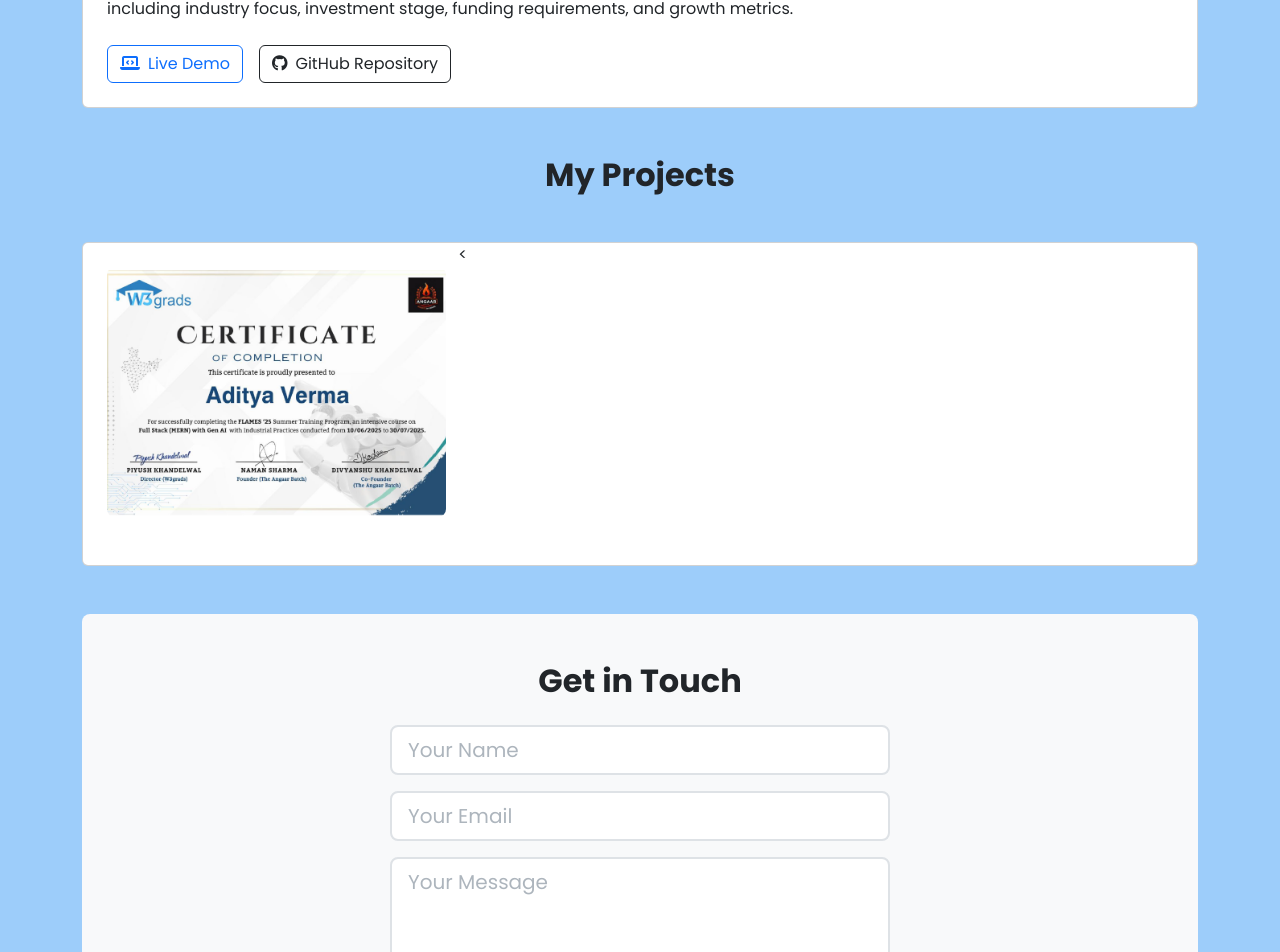
Repository: AdityaTech-Pro/Portfolio-Aditya-Verma
Page: Aditya Portfolio/index.html
These files come from the project's save history. The page is drawn as it stood at one moment and after the next save; the edit follows.
The browser window is 1280 px wide. The pictures show the part of the page from y = 4165 to 5117 px (the page is 5458 px tall before and 5578 px after).

Above is the page before, as saved 2026-01-08 00:23:57.

### Aditya Portfolio/index.html
<!DOCTYPE html>
<html lang="en">

<head>
    <meta charset="UTF-8">
    <meta name="viewport" content="width=device-width, initial-scale=1.0">
    <title>My Portfolio - Bootstrap Utilities</title>
    <!-- Bootstrap CSS -->
    <link href="https://cdn.jsdelivr.net/npm/bootstrap@5.3.2/dist/css/bootstrap.min.css" rel="stylesheet">
    <!-- Font Awesome for icons -->
    <link rel="stylesheet" href="https://cdnjs.cloudflare.com/ajax/libs/font-awesome/6.4.2/css/all.min.css">
    <!-- Google Font: Poppins -->
    <link href="https://fonts.googleapis.com/css2?family=Poppins:wght@300;400;600;700&display=swap" rel="stylesheet">
    <!-- Local custom styles -->
    <link rel="stylesheet" href="styles.css">
    <style>
        /* Custom styles to complement Bootstrap */

         :root {
            --bg: #9dcdfa;
            --card-bg: #ffffff;
            --accent: #0d6efd;
            --text: #212529;
        }

        body {
            background-color: var(--bg);
            color: var(--text);
            transition: background-color 0.3s ease, color 0.3s ease;
        }

        .profile-section {
            background: linear-gradient(to bottom, #f8f9fa, #e9ecef);
            transition: transform 0.3s ease, background 0.3s ease;
        }
        /* Top bar with theme toggle */

        .topbar {
            display: flex;
            justify-content: flex-end;
            align-items: center;
            gap: 1rem;
            margin-bottom: 1rem;
        }

        .theme-toggle {
            display: inline-flex;
            align-items: center;
            gap: 0.5rem;
            background: transparent;
            border: 1px solid rgba(0, 0, 0, 0.08);
            padding: 0.6rem 1rem;
            border-radius: 999px;
            cursor: pointer;
            color: var(--text);
            transition: all 0.3s ease;
        }

        .theme-toggle:hover {
            background: rgba(0, 0, 0, 0.05);
            transform: translateY(-1px);
        }

        .theme-toggle:active {
            transform: translateY(1px);
        }

        .theme-toggle i {
            font-size: 1.1rem;
        }

        .theme-toggle .fa-sun {
            color: #ff9500;
        }

        .theme-toggle .fa-moon {
            display: none;
            color: #6366f1;
        }

        .dark-theme .theme-toggle .fa-sun {
            display: none;
        }

        .dark-theme .theme-toggle .fa-moon {
            display: inline-block;
        }

        .btn-custom {
            transition: transform 0.3s ease;
        }

        .btn-custom:hover {
            transform: translateY(-2px);
        }

        .form-control:focus {
            box-shadow: 0 0 0 0.25rem rgba(13, 110, 253, 0.2);
        }

        .profile-img {
            width: 200px;
            height: 200px;
            object-fit: cover;
            border: 4px solid white;
            box-shadow: 0 4px 6px rgba(0, 0, 0, 0.1);
            transition: transform 0.25s ease;
        }

        .profile-img:hover {
            transform: scale(1.03);
        }
        /* Dark theme overrides */

        body.dark-theme {
            --bg: #0f1724;
            --card-bg: #111827;
            --muted: #9ca3af;
            --accent: #60a5fa;
            --text: #e6eef8;
        }

        .dark-theme .profile-section {
            background: linear-gradient(180deg, rgba(255, 255, 255, 0.02), rgba(255, 255, 255, 0.01));
        }

        .dark-theme .bg-light {
            background-color: #0b1220 !important;
            color: var(--text) !important;
            border: 1px solid rgba(255, 255, 255, 0.04);
        }

        .dark-theme .text-muted {
            color: var(--muted) !important;
        }

        .dark-theme .theme-toggle {
            border-color: rgba(255, 255, 255, 0.1);
        }

        .dark-theme .theme-toggle:hover {
            background: rgba(255, 255, 255, 0.05);
        }
        /* Small polish */

        .max-width-500 {
            max-width: 500px;
        }

        footer a {
            color: inherit;
        }

        @media (max-width: 768px) {
            .profile-img {
                width: 150px;
                height: 150px;
            }
            .topbar {
                justify-content: center;
            }
        }
        /* Project section styles */

        .project-img {
            height: 250px;
            object-fit: cover;
            border-radius: 8px;
        }

        .project-card {
            transition: transform 0.3s ease;
            background: var(--card-bg);
        }

        .project-card:hover {
            transform: translateY(-5px);
        }

        .project-links a {
            transition: opacity 0.3s ease;
        }

        .project-links a:hover {
            opacity: 0.8;
        }

        .video-container {
            position: relative;
            padding-bottom: 56.25%;
            /* 16:9 aspect ratio */
            height: 0;
            overflow: hidden;
            border-radius: 8px;
        }

        .video-container iframe {
            position: absolute;
            top: 0;
            left: 0;
            width: 100%;
            height: 100%;
            border: 0;
        }
    </style>
</head>

<body>
    <!-- Main Container -->
    <div class="container py-5">
        <!-- Top bar: theme toggle and quick actions -->
        <div class="topbar">
            <button id="themeToggle" class="theme-toggle" aria-pressed="false" aria-label="Toggle dark mode">
                <i class="fas fa-sun" aria-hidden="true"></i>
                <i class="fas fa-moon" aria-hidden="true"></i>
                <span class="visually-hidden">Toggle theme</span>
            </button>
        </div>
        <!-- Profile Section -->
        <section class="profile-section p-5 rounded-3 text-center mb-5">
            <img src="https://avatars.githubusercontent.com/u/219658559?s=400&u=7e5a78b2bf82817b3f897e4e53b1019b24af58ee&v=4" alt="Profile Picture" class="profile-img img-fluid rounded-circle mb-4">

            <h1 class="fw-bold mb-2">Aditya Verma</h1>
            <p class="text-muted fs-5 mb-4">Full Stack Web Developer who loves turning ideas into high-performance web applications. With expertise in full-stack MERN development, APIs, and AI 🧠⚙️, I focus on building smart, scalable solutions, Have Command on DSA while solving 500+
                Problem on Leetcode and Well aware about Oop 's ,DBMS ,Computer Network, OS</p>

            <!-- Action Buttons -->
            <div class="d-flex justify-content-center gap-3 mb-5">
                <button class="btn btn-primary btn-lg btn-custom">
                    Hire Me
                </button>
                <a href="./assets/AdityaVerma_Resume.pdf" class="btn btn-outline-primary " download>
                    <i class="fas fa-download me-2"></i>Download CV
                </a>
                <a href="https://www.linkedin.com/in/9905adityaverma/" class="btn btn-outline-primary " target="_blank ">
                    <i class="fa:linkedin-square"></i>My LinkedIn
                </a>
                <a href="https://github.com/AdityaTech-Pro" class="btn btn-outline-primary " target="_blank ">
                    <i class="fab fa-github me-2 "></i>My GitHub
                </a>

            </div>
        </section>

        <!-- Projects Section -->
        <section class="mb-5">
            <h2 class="text-center fw-bold mb-5"> My Projects</h2>

            <!--Project1-->
            <div class="card project-card mb-5">
                <div class="card-body p-4">
                    <h3 class="card-title fw-bold mb-3">AI-Based-Investor-Startup-Matchmaking-Platform</h3>

                    <!-- Project Images -->
                    <div class="row g-4 mb-4">
                        <div class="col-md-4">
                            <img src="./assets/P1a.png" alt="Project Screenshot 1" class="project-img img-fluid w-100">
                        </div>
                        <div class="col-md-4">
                            <img src="./assets/P1b.png" alt="Project Screenshot 2" class="project-img img-fluid w-100">
                        </div>
                        <div class="col-md-4">
                            <img src="./assets/P1c.png" alt="Project Screenshot 3" class="project-img img-fluid w-100">
                        </div>
                    </div>

                    <!-- Project Video -->
                    <div class="video-container mb-4">
                        <iframe src="./assets/Project (AI based S&IP).mp4" title="Project Demo " allow="accelerometer; autoplay; clipboard-write; encrypted-media; gyroscope; picture-in-picture " allowfullscreen></iframe>
                    </div>

                    <!-- Project Description -->
                    <p class="card-text mb-4 ">
                        An innovative platform that uses artificial intelligence to match investors with promising startups based on various parameters including industry focus, investment stage, funding requirements, and growth metrics.
                    </p>

                    <!-- Project Links -->
                    <div class="project-links d-flex gap-3 ">
                        <a href="http://localhost:3000 " class="btn btn-outline-primary " target="_blank ">
                            <i class="fas fa-laptop-code me-2 "></i>Live Demo
                        </a>
                        <a href="https://github.com/KS-Vijay/AI-Based-Investor-Startup-Matchmaking-Platform " class="btn btn-outline-dark " target="_blank ">
                            <i class="fab fa-github me-2 "></i>GitHub Repository
                        </a>
                    </div>
                </div>
            </div>

            <!--Project2-->
            <div class="card project-card mb-5 ">
                <div class="card-body p-4 ">
                    <h3 class="card-title fw-bold mb-3 ">Lung Cancer Detection using Convolutional Neural Network (CNN)</h3>

                    <!-- Project Images -->
                    <div class="row g-4 mb-4 ">
                        <div class="col-md-4 ">
                            <img src="./assets/P2a.png " alt="Project Screenshot 1 " class="project-img img-fluid w-100 ">
                        </div>
                        <div class="col-md-4 ">
                            <img src="./assets/P2b.png " alt="Project Screenshot 2 " class="project-img img-fluid w-100 ">
                        </div>
                        <div class="col-md-4 ">
                            <img src="./assets/P2c.png " alt="Project Screenshot 3 " class="project-img img-fluid w-100 ">
                        </div>
                    </div>

                    <!-- Project Video -->
                    <div class="video-container mb-4 ">
                        <iframe src="./assets/Project Lung Cancer Detection using Full Stack MERN and AIML CNN Model.mp4 " title="Project Demo " allow="accelerometer; autoplay; clipboard-write; encrypted-media; gyroscope; picture-in-picture " allowfullscreen></iframe>
                    </div>

                    <!-- Project Description -->
                    <p class="card-text mb-4 ">
                        An innovative platform that uses artificial intelligence to match investors with promising startups based on various parameters including industry focus, investment stage, funding requirements, and growth metrics.
                    </p>

                    <!-- Project Links -->
                    <div class="project-links d-flex gap-3 ">
                        <a href="http://localhost:3000 " class="btn btn-outline-primary " target="_blank ">
                            <i class="fas fa-laptop-code me-2 "></i>Live Demo
                        </a>
                        <a href="https://github.com/AdityaTech-Pro/Lung-Cancer-Detection-using-Convolutional-Neural-Network" class="btn btn-outline-dark " target="_blank ">
                            <i class="fab fa-github me-2 "></i>GitHub Repository
                        </a>
                    </div>
                </div>
            </div>

            <!--Project3-->
            <div class="card project-card mb-5 ">
                <div class="card-body p-4 ">
                    <h3 class="card-title fw-bold mb-3 ">Braj Museum</h3>

                    <!-- Project Images -->
                    <div class="row g-4 mb-4 ">
                        <div class="col-md-4 ">
                            <img src="./assets/P3a.png " alt="Project Screenshot 1 " class="project-img img-fluid w-100 ">
                        </div>
                        <div class="col-md-4 ">
                            <img src="./assets/P3b.png " alt="Project Screenshot 2 " class="project-img img-fluid w-100 ">
                        </div>
                        <div class="col-md-4 ">
                            <img src="./assets/P3c.png " alt="Project Screenshot 3 " class="project-img img-fluid w-100 ">
                        </div>
                    </div>

                    <!-- Project Video -->
                    <div class="video-container mb-4 ">
                        <iframe src="./assets/Braj-Museum.mp4 " title="Project Demo " allow="accelerometer; autoplay; clipboard-write; encrypted-media; gyroscope; picture-in-picture " allowfullscreen></iframe>
                    </div>

                    <!-- Project Description -->
                    <p class="card-text mb-4 ">
                        An innovative platform that uses artificial intelligence to match investors with promising startups based on various parameters including industry focus, investment stage, funding requirements, and growth metrics.
                    </p>

                    <!-- Project Links -->
                    <div class="project-links d-flex gap-3 ">
                        <a href="http://localhost:3000 " class="btn btn-outline-primary " target="_blank ">
                            <i class="fas fa-laptop-code me-2 "></i>Live Demo
                        </a>
                        <a href="https://github.com/AdityaTech-Pro/Braj-Museum " class="btn btn-outline-dark " target="_blank ">
                            <i class="fab fa-github me-2 "></i>GitHub Repository
                        </a>
                    </div>
                </div>
            </div>
        </section>

        <section class="mb-5">
            <h2 class="text-center fw-bold mb-5"> My Projects</h2>
            <!--Certificate1-->
            <div class="card project-card mb-5">
                <div class="card-body p-4">
                    <div class="row g-4 mb-4">
                        <!--Image-->
                        <div class="col-md-4">
                            <img src="./assets/Full Stack Dev Certificate1.png" alt="Project Screenshot 1" class="project-img img-fluid w-100">
                        </div>
                        <!--Certificate name and Describtion-->

                        < </div>


                    </div>
                </div>
        </section>

        <!-- Contact Form Section -->
        <section class="bg-light p-5 rounded-3 ">
            <h2 class="text-center fw-bold mb-4 ">Get in Touch</h2>

            <form class="max-width-500 mx-auto ">
                <div class="mb-3 ">
                    <input type="text " class="form-control form-control-lg " placeholder="Your Name " required>
                </div>

                <div class="mb-3 ">
                    <input type="email " class="form-control form-control-lg " placeholder="Your Email " required>
                </div>

                <div class="mb-4 ">
                    <textarea class="form-control form-control-lg " rows="4 " placeholder="Your Message " required></textarea>
                </div>

                <div class="text-center ">
                    <button type="submit " class="btn btn-primary btn-lg px-5 btn-custom ">
                        Send Message
                    </button>
                </div>
            </form>
        </section>

        <!-- Footer -->
        <footer class="text-center mt-5 ">
            <div class="d-flex justify-content-center gap-3 ">
                <a href="https://www.linkedin.com/in/aditya-verma-2a3915289/ " class="text-decoration-none text-dark ">LinkedIn</a>
                <a href="https://github.com/AdityaTech-Pro " class="text-decoration-none text-dark ">GitHub</a>
                <a href="# " class="text-decoration-none text-dark "></a>
            </div>
            <p class="text-muted mt-3 ">&copy; 2025 My Portfolio. All rights reserved.</p>
        </footer>
        </div>

        <!-- Theme toggle script -->
        <script>
            (function() {
                const toggle = document.getElementById('themeToggle');
                const body = document.body;
                const saved = localStorage.getItem('theme');

                if (!toggle) return;

                function applyTheme(theme) {
                    if (theme === 'dark') {
                        body.classList.add('dark-theme');
                        toggle.setAttribute('aria-pressed', 'true');
                    } else {
                        body.classList.remove('dark-theme');
                        toggle.setAttribute('aria-pressed', 'false');
                    }
                }

                // initial theme: saved -> user preference -> light
                if (saved) {
                    applyTheme(saved);
                } else if (window.matchMedia && window.matchMedia('(prefers-color-scheme: dark)').matches) {
                    applyTheme('dark');
                }

                toggle.addEventListener('click', function() {
                    const isDark = body.classList.toggle('dark-theme');
                    localStorage.setItem('theme', isDark ? 'dark' : 'light');
                    toggle.setAttribute('aria-pressed', String(isDark));
                });
            })();
        </script>

        <!-- Bootstrap JS -->
        <script src="https://cdn.jsdelivr.net/npm/bootstrap@5.3.2/dist/js/bootstrap.bundle.min.js "></script>
</body>

</html>

### Aditya Portfolio/styles.css
/* Custom styles to enhance Bootstrap */

/* Body and general styles */
body {
    font-family: 'Poppins', 'Segoe UI', system-ui, -apple-system, sans-serif;
    background-color: #ffffff;
}

/* Container max-width for larger screens */
.container {
    max-width: 1140px;
}

/* Profile section styling */
.profile-section {
    background: linear-gradient(135deg, #f8f9fa 0%, #e9ecef 100%);
    border: 1px solid rgba(0, 0, 0, 0.1);
    transition: transform 0.3s ease;
}

.profile-section:hover {
    transform: translateY(-5px);
}

/* Profile image styling */
.profile-img {
    width: 200px;
    height: 200px;
    object-fit: cover;
    border: 4px solid white;
    box-shadow: 0 4px 15px rgba(0, 0, 0, 0.1);
    transition: transform 0.3s ease;
}

.profile-img:hover {
    transform: scale(1.05);
}

/* Button enhancements */
.btn-custom {
    transition: all 0.3s ease;
    position: relative;
    overflow: hidden;
}

.btn-custom:hover {
    transform: translateY(-2px);
    box-shadow: 0 5px 15px rgba(0, 0, 0, 0.1);
}

.btn-custom:active {
    transform: translateY(0);
}

/* Form styling */
.form-control {
    border: 2px solid #dee2e6;
    transition: all 0.3s ease;
}

.form-control:focus {
    border-color: #0d6efd;
    box-shadow: 0 0 0 0.25rem rgba(13, 110, 253, 0.2);
}

.form-control::placeholder {
    color: #adb5bd;
}

/* Social links styling */
.social-links a {
    transition: color 0.3s ease, transform 0.15s ease;
    color: #0d6efd;
    font-weight: 700;
}

.social-links a:hover {
    color: #0b5ed7 !important;
    transform: translateY(-1px);
}

/* Custom animations */
@keyframes fadeInUp {
    from {
        opacity: 0;
        transform: translateY(20px);
    }
    to {
        opacity: 1;
        transform: translateY(0);
    }
}

.profile-section, .contact-form {
    animation: fadeInUp 0.5s ease-out forwards;
}

/* Form success state */
.form-control:valid {
    border-color: #198754;
}

/* Custom section styling */
.custom-section {
    border-radius: 15px;
    overflow: hidden;
}

/* Typography enhancements */
h1 {
    letter-spacing: -0.5px;
}

.tagline {
    font-size: 1.25rem;
    color: #6c757d;
}

/* Responsive adjustments */
@media (max-width: 768px) {
    .profile-img {
        width: 150px;
        height: 150px;
    }

    .btn-custom {
        width: 100%;
        margin-bottom: 0.5rem;
    }

    .profile-section {
        padding: 2rem !important;
    }
}

/* Dark mode support */
@media (prefers-color-scheme: dark) {
    body {
        background-color: #212529;
        color: #f8f9fa;
    }

    .profile-section {
        background: linear-gradient(135deg, #343a40 0%, #212529 100%);
    }

    .form-control {
        background-color: #343a40;
        border-color: #495057;
        color: #f8f9fa;
    }

    .form-control::placeholder {
        color: #6c757d;
    }

    .bg-light {
        background-color: #343a40 !important;
    }

    .text-dark {
        color: #f8f9fa !important;
    }
}

/* When user toggles dark-theme via JS */
.dark-theme .social-links a {
    color: #93c5fd;
}

.dark-theme .social-links a:hover {
    color: #60a5fa !important;
}

/* Handle anchors that also carry Bootstrap's .text-dark (which uses !important) */
.social-links a.text-dark {
    color: #0d6efd !important;
    font-weight: 700;
}

.dark-theme .social-links a.text-dark {
    color: #93c5fd !important;
}

/* Loading animation */
.page-loading {
    opacity: 0;
    animation: fadeIn 0.5s ease-out forwards;
}

@keyframes fadeIn {
    to {
        opacity: 1;
    }
}

/* Custom scrollbar */
::-webkit-scrollbar {
    width: 10px;
}

::-webkit-scrollbar-track {
    background: #f1f1f1;
}

::-webkit-scrollbar-thumb {
    background: #888;
    border-radius: 5px;
}

::-webkit-scrollbar-thumb:hover {
    background: #555;
}

After the next save:
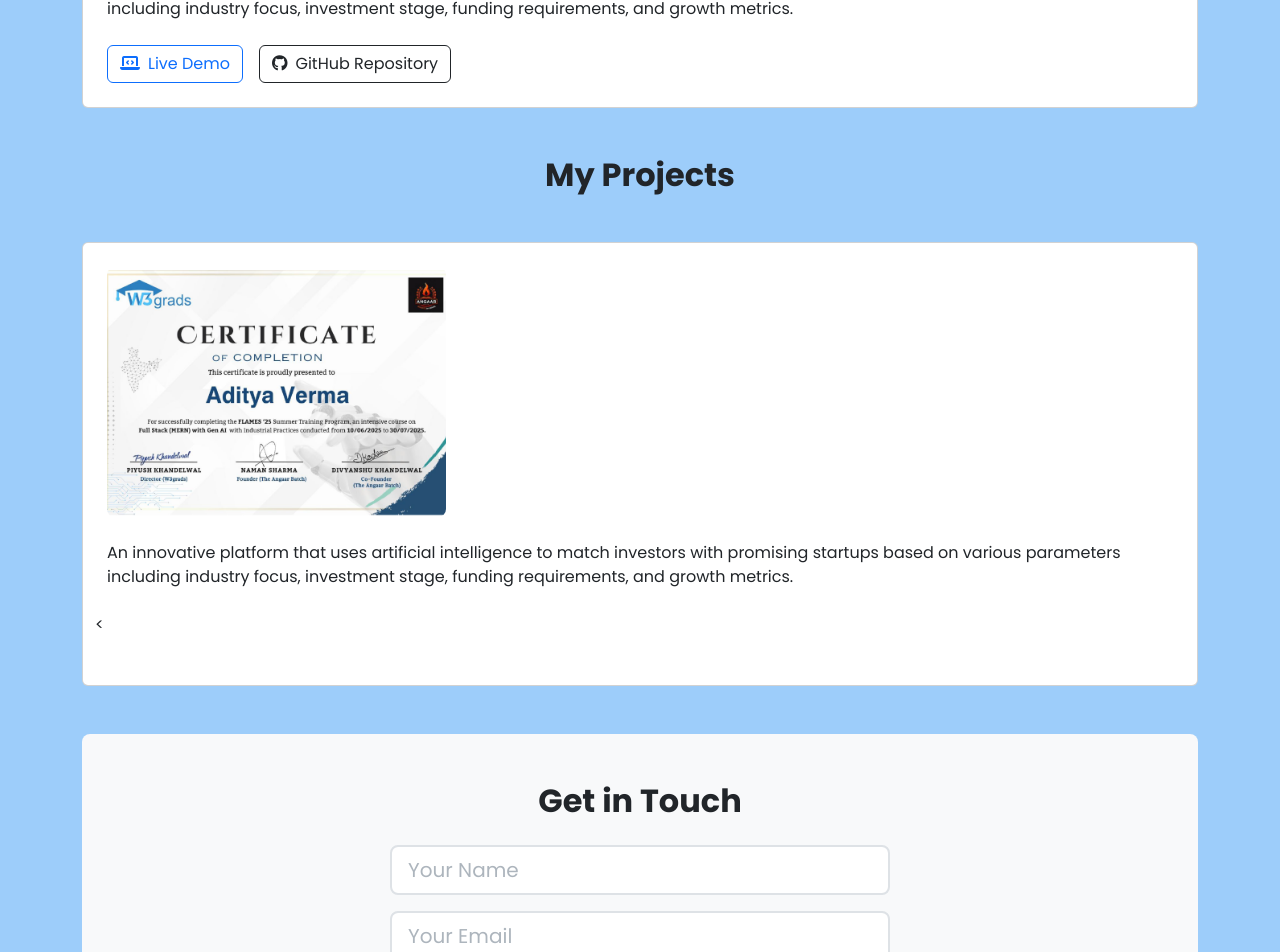
Saved 13 s later.
--- a/Aditya Portfolio/index.html
+++ b/Aditya Portfolio/index.html
@@ -378,7 +378,9 @@
                             <img src="./assets/Full Stack Dev Certificate1.png" alt="Project Screenshot 1" class="project-img img-fluid w-100">
                         </div>
                         <!--Certificate name and Describtion-->
-
+                        <p class="card-text mb-4 ">
+                            An innovative platform that uses artificial intelligence to match investors with promising startups based on various parameters including industry focus, investment stage, funding requirements, and growth metrics.
+                        </p>
                         < </div>
 
 
